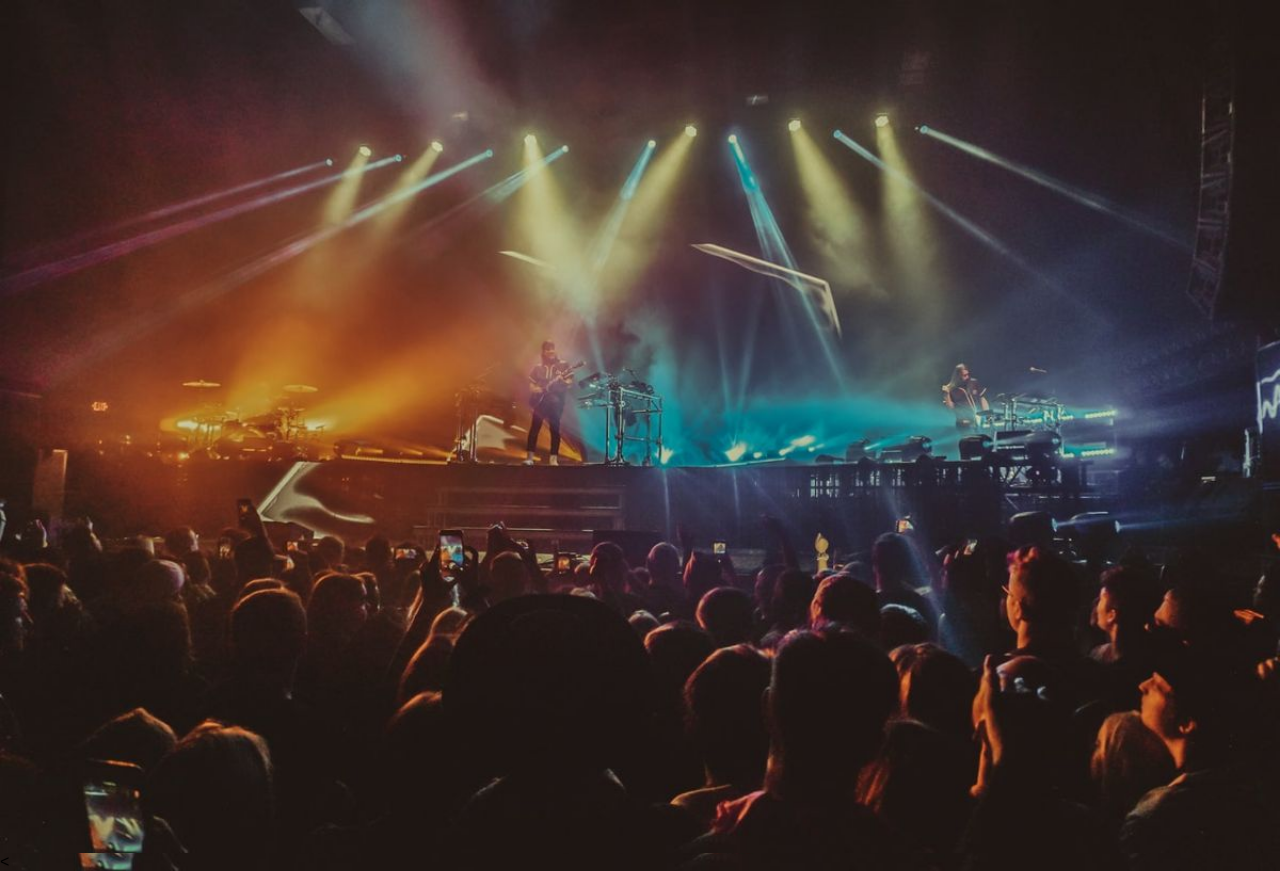
Repository: Hajimohammadi-KI/Web-Technologien
Page: index.html
An editor plug-in stored every save of this project. The page is shown before and after the next save, followed by the edit.
The browser window is 1280 px wide. The pictures show the whole page.

Above is the page before, as saved 2025-09-30 12:56:45.

### index.html
<!DOCTYPE html>
<html lang="en">
<head>
    <meta charset="UTF-8">
    <meta name="viewport" content="width=device-width, initial-scale=1.0">
    <link rel="stylesheet" href="Style.css">
    <title>Document</title>
</head>
<body>
    <!-- The alt attribute is used to provide alternative text for the image if it fails to load or if the user visits the page via a screen reader. -->
    <img src="img/spotify-livestreaming-virtual-concerts-feat.jpeg"
        alt="Musicians performing on a brightly lit stage with colorful spotlights
        and smoke effects while a large enthusiastic audience watches and records
        the event with their phones in a dark concert hall filled with energy and
         excitement" class="responsive-img">
        <<nav>

        </nav>
</body>
</html>

### Style.css
/*
    Styles for responsive images.
    The .responsive-img class is intended to make images scale appropriately
    to fit their container while maintaining aspect ratio.
    Apply this class to <img> elements to ensure they are responsive
    across different screen sizes and devices.
*/
img.responsive-img {
  width: 100%; /* [translate:عرض تصویر همیشه برابر با عرض عنصر والد خواهد بود] */
  height: auto; /* [translate:نسبت ابعاد تصویر حفظ می‌شود] */
  max-width: 100vw; /* [translate:تصویر هیچ‌گاه از عرض پنجره مرورگر بزرگ‌تر نمی‌شود] */
  display: block; /* [translate:فضای اضافی پایین عکس حذف می‌شود] */
}

@media (max-width: 600px) {
  img.responsive-img {
    max-width: 100%; /* [translate:در صفحات کوچک، حداکثر عرض تصویر برابر با عنصر والد می‌شود] */
  }
}

 body {
  font-family: Arial, sans-serif; /* [translate:تنظیم فونت پیش‌فرض برای کل صفحه] */
  margin: 0; /* [translate:حذف حاشیه پیش‌فرض مرورگر] */
  padding: 0; /* [translate:حذف فاصله داخلی پیش‌فرض مرورگر] */
  box-sizing: border-box; /* [translate:شامل کردن حاشیه و پدینگ در محاسبه عرض و ارتفاع عناصر] */
  background: url("img/spotify-livestreaming-virtual-concerts-feat.jpeg");
  background-position: center; /* [translate:تنظیم موقعیت پس‌زمینه در مرکز] */
  background-repeat: no-repeat; /* [translate:عدم تکرار تصویر پس‌زمینه] */
  background-size: cover; /* [translate:پوشش کامل پس‌زمینه] */
}

After the next save:
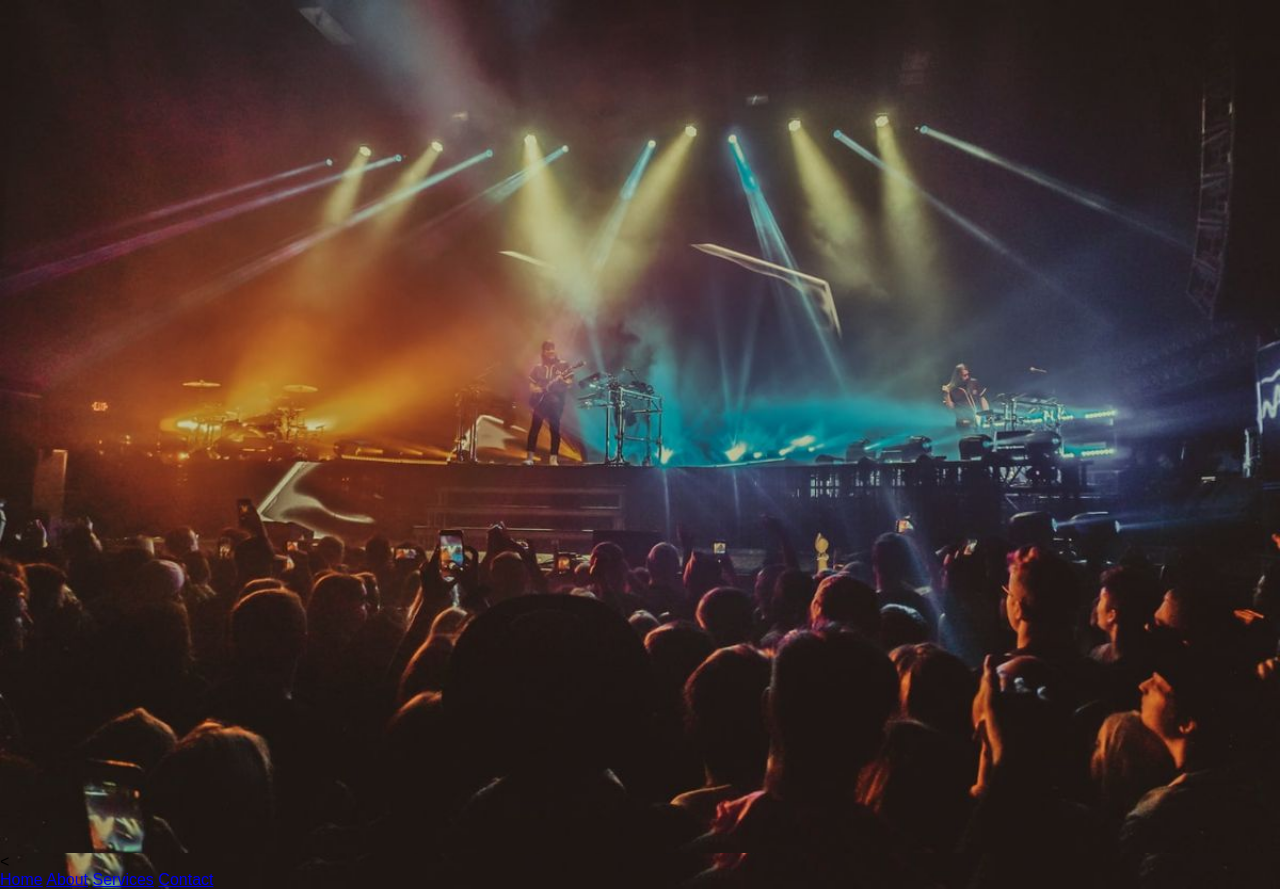
Saved 9 s later.
--- a/index.html
+++ b/index.html
@@ -14,7 +14,10 @@
         the event with their phones in a dark concert hall filled with energy and
          excitement" class="responsive-img">
         <<nav>
-
+            <a href="#">Home</a>
+            <a href="#">About</a>
+            <a href="#">Services</a>
+            <a href="#">Contact</a>
         </nav>
 </body>
 </html>
